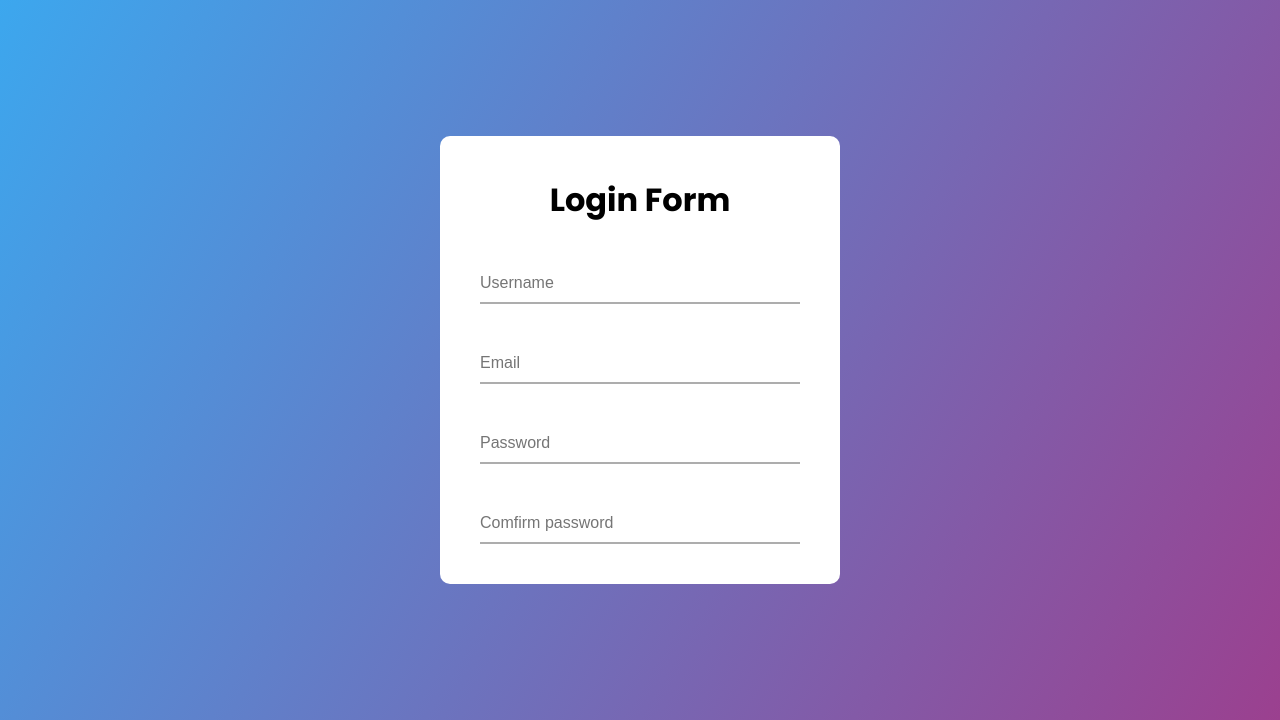
Repository: QUANGTHAI2003/Form-Validation
Page: index.html
These files come from the project's save history. The page is drawn as it stood at one moment and after the next save; the edit follows.
The browser window is 1280 px wide. The pictures show the whole page.

Above is the page before, as saved 2022-03-13 14:20:46.

After the next save:
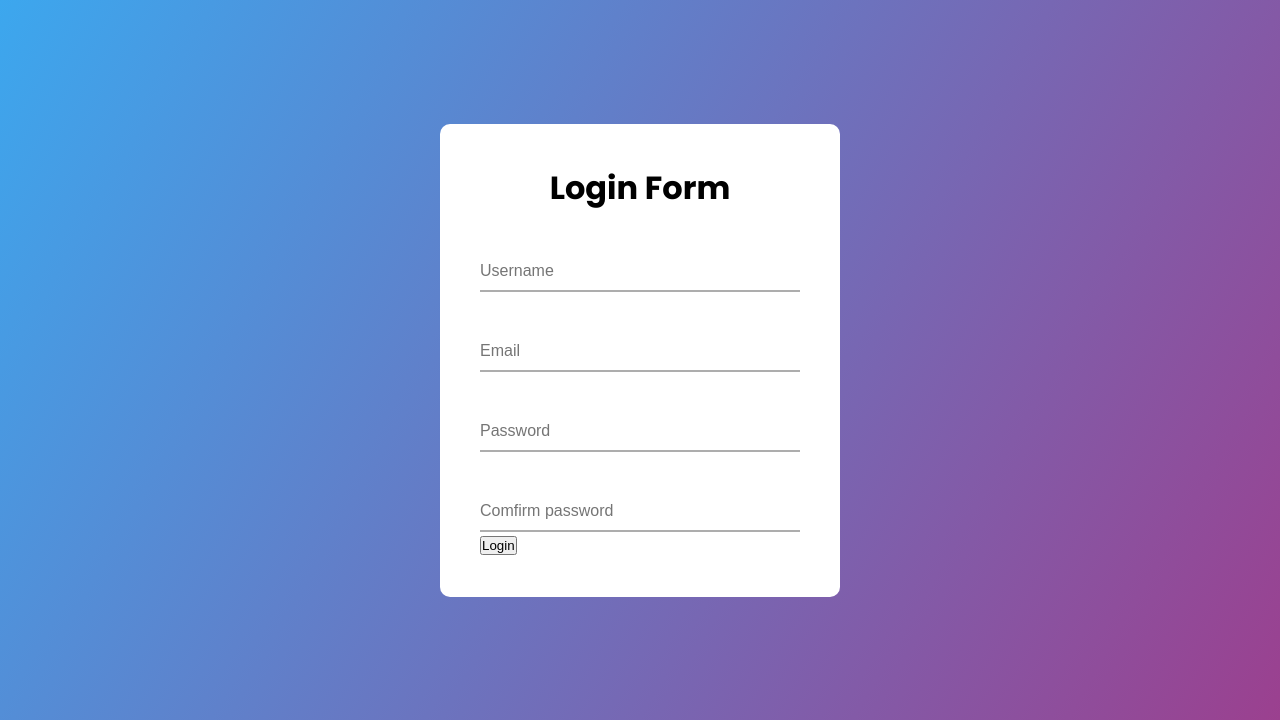
Saved 3 min 11 s later.
--- a/index.html
+++ b/index.html
@@ -30,6 +30,7 @@
                 <small></small>
                 <span></span>
             </div>
+            <button type="submit">Login</button>
         </div>
         <script src="./app.js"></script>
     </body>
